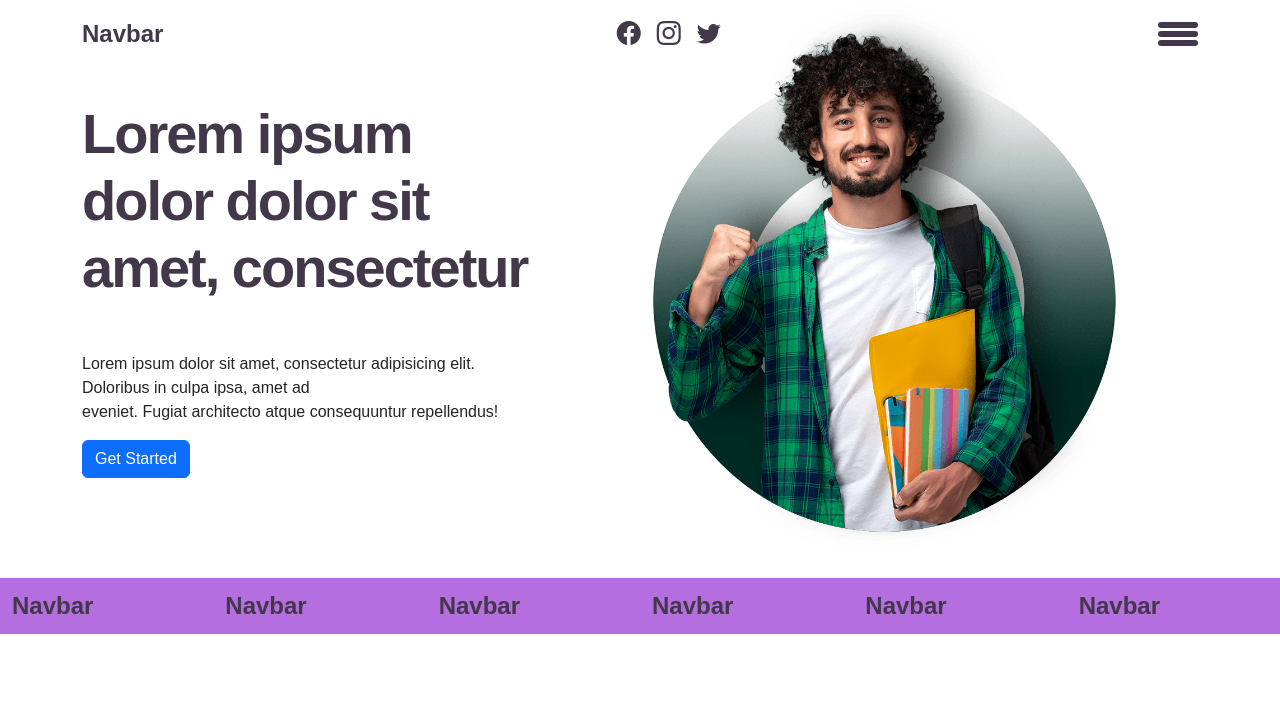
Repository: tagnam/project27012025
Page: index.html
These files come from the project's save history. The page is drawn as it stood at one moment and after the next save; the edit follows.
The browser window is 1280 px wide. The pictures show the whole page.

Above is the page before, as saved 2025-01-27 16:09:00.

### index.html
<!DOCTYPE html>
<html lang="en">
<head>
    <meta charset="UTF-8">
    <meta name="viewport" content="width=device-width, initial-scale=1.0">
    <link href="https://cdn.jsdelivr.net/npm/bootstrap@5.3.3/dist/css/bootstrap.min.css" rel="stylesheet" integrity="sha384-QWTKZyjpPEjISv5WaRU9OFeRpok6YctnYmDr5pNlyT2bRjXh0JMhjY6hW+ALEwIH" crossorigin="anonymous">
    <link rel="stylesheet" href="style/css/index.css">
    <link rel="stylesheet" href="style/css/animation.css">
    <link rel="stylesheet" href="style/css/responsive.css">
    <title>project27012025</title>
</head>
<body>
<header>
    <!-- --------------------------------------------start nav bar ------------------------------->
    <nav class="navbar navbar-expand-lg custom-nav">
        <div class="container">
          <div class="collapse navbar-collapse justify-content-between" id="navbarSupportedContent">
            <a class="navbar-brand" href="#">Navbar</a>
            <ul class="navbar-nav  ">

              <li class="nav-item">
                <a class="nav-link" href="#"><i class="bi bi-facebook"></i></a>
              </li>
              <li class="nav-item">
                <a class="nav-link" href="#"><i class="bi bi-instagram"></i></a>
              </li>
              <li class="nav-item">
                <a class="nav-link" href="#"><i class="bi bi-twitter"></i></a>
              </li>
            </ul>
            <div class="d-flex">
               <div class="menu-container" type="button" data-bs-toggle="offcanvas" data-bs-target="#offcanvasExample" aria-controls="offcanvasExample">
                <span class="span-menu-01 menu-icon"></span>
                <span class="span-menu-02 menu-icon"></span>
                <span class="span-menu-03 menu-icon"></span>
            </div>
            </div>
          </div>
        </div>
      </nav>

      <!-- ------------------------------start offcanvas ---------------------------------------->
      <div class="offcanvas offcanvas-start " tabindex="-1" id="offcanvasExample" aria-labelledby="offcanvasExampleLabel">
        <div class="offcanvas-header">
          <h5 class="offcanvas-title" id="offcanvasExampleLabel">Offcanvas</h5>
          <button type="button" class="btn-close text-reset" data-bs-dismiss="offcanvas" aria-label="Close"></button>
        </div>
        <div class="offcanvas-body">
          <div>
            Some text as placeholder. In real life you can have the elements you have chosen. Like, text, images, lists, etc.
          </div>
          <div class="dropdown mt-3">
            <button class="btn btn-secondary dropdown-toggle" type="button" id="dropdownMenuButton" data-bs-toggle="dropdown">
              Dropdown button
            </button>
            <ul class="dropdown-menu" aria-labelledby="dropdownMenuButton">
              <li><a class="dropdown-item" href="#">Action</a></li>
              <li><a class="dropdown-item" href="#">Another action</a></li>
              <li><a class="dropdown-item" href="#">Something else here</a></li>
            </ul>
          </div>
        </div>
      </div>
       <!-- -----------------------------end offcanvas ------------------------------------------->
      <!------------------------------------------------ end navbar ----------------------------->


</header>
<section class="hero-section">
    <div  class="container" style="height: 100%;">
        <div class="row" >
            <div class="col-lg-6 col-md-6 col-sm-12">
                <div class="banner-content ">
                    <h1>Lorem ipsum dolor  dolor sit amet, consectetur </h1>
                    <p>Lorem ipsum dolor sit amet, consectetur adipisicing elit. Doloribus in culpa ipsa, amet ad<br> eveniet. Fugiat architecto atque consequuntur repellendus!</p>
                    <button class="btn btn-primary">Get Started</button>
                </div>
            </div>
            <div class="col-lg-6 col-md-6 col-sm-12">
                <div class="banner-img d-flex justify-content-end">
                    <img src="image/hero-banner-01.webp" class="w-100" alt="">

            </div>

        </div>
    </div>
    <!-- <div class="row">
        <div class="col-lg-6 col-md-6 col-sm-12 d-flex justify-content-start">
            <div class="banner-btn">
                <a class="btn custom-btn btn-outline-success"> Get Started </a>
            </div>
        </div>
        <div class="col-lg-6 col-md-6 col-sm-12 d-flex justify-content-end">
             <div class="banner-footer-text">
                <p>Lorem ipsum dolor sit amet <br>consectetur adipisicing elit. Numquam, vel.</p>
             </div>

    </div>
 </div> -->
  </section>


<section class="client-section">
    <div class="container-fluid">
       <div class="row">
        <div class="col">
            <a class="navbar-brand w-25" href="#">Navbar</a>
        </div>
        <div class="col">
            <a class="navbar-brand w-25" href="#">Navbar</a>
        </div>
        <div class="col">
            <a class="navbar-brand w-25" href="#">Navbar</a>
        </div>
        <div class="col">
            <a class="navbar-brand w-25" href="#">Navbar</a>
        </div>
        <div class="col">
            <a class="navbar-brand w-25" href="#">Navbar</a>
        </div>
        <div class="col">
            <a class="navbar-brand w-25" href="#">Navbar</a>
        </div>

    </div>
    </div>
</section>
<script src="https://cdn.jsdelivr.net/npm/bootstrap@5.3.3/dist/js/bootstrap.bundle.min.js" integrity="sha384-YvpcrYf0tY3lHB60NNkmXc5s9fDVZLESaAA55NDzOxhy9GkcIdslK1eN7N6jIeHz" crossorigin="anonymous"></script>
<script src="style/js/custom.js"></script>
</body>
</html>

### style/css/index.css
@import url("https://cdn.jsdelivr.net/npm/bootstrap-icons@1.11.3/font/bootstrap-icons.min.css");

*{
 margin: 0;
padding: 0;
box-sizing: border-box;
}

:root{
    --dark-color:#423849;
    --semi-dark-color:#b46ee0;
    --light-color:#d287d4;
    --white-color:#fff;
    --main-heading-font-size: 3.5rem;
    --subheading-font-size: 2rem;
    --paragraph-font-size: 1rem;


}


body{
    font-family: 'Poppins', sans-serif;


}

header{
    position: fixed;
    top: 0;
    z-index: 1000;
width: 100%;
}

.navbar-brand{
    font-size: 1.5rem;
    font-weight: 800;
    color: var(--dark-color);
}

.menu-icon{
    display: block;
    width: 40px;
    height: 6px;
    background-color: var(--dark-color);
    margin: 3px auto;
    border-radius: 20px;
    cursor: pointer;
}


.nav-link .bi{
    font-size: 1.5rem;
    color: var(--dark-color);
}

.banner-content{
    margin: 100px auto;
    padding-right: 100px;
}

.banner-content h1{
    color: var(--dark-color);
    font-weight: 800;
    /* font-size: 55px; */
    font-size: var(--main-heading-font-size);
    letter-spacing: -2px;
    margin: 50px 0px;
}
/* .hero-section{
   background-image: url(/image/business-banner.jpg);
    background-size: cover;
    background-position: center;
    height: 100vh;
} */

.banner-footer-text p{
    color: var(--dark-color);

}


.client-section{
    background-color: var(--semi-dark-color);
    padding: 10px 0px;
    overflow: hidden;
}

Loaded but not shown: style/js/custom.js (no copy from this time; the picture is the same without it); style/css/animation.css (no stored copy; drawn as an empty file); style/css/responsive.css (no stored copy; drawn as an empty file)

After the next save:
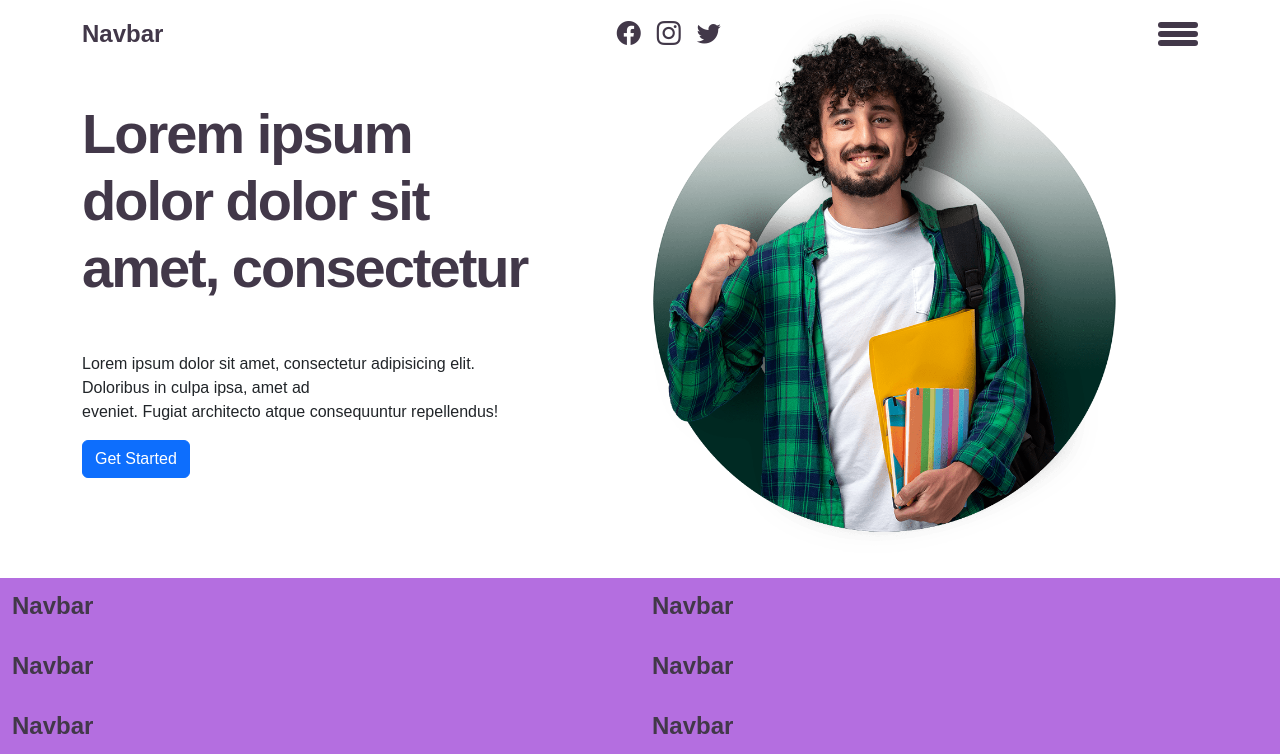
Saved 52 s later.
--- a/index.html
+++ b/index.html
@@ -102,7 +102,7 @@
 
 <section class="client-section">
     <div class="container-fluid">
-       <div class="row">
+       <div class="row  row-cols-1 row-cols-md-2 g-4">
         <div class="col">
             <a class="navbar-brand w-25" href="#">Navbar</a>
         </div>

After the 2 saves that followed:
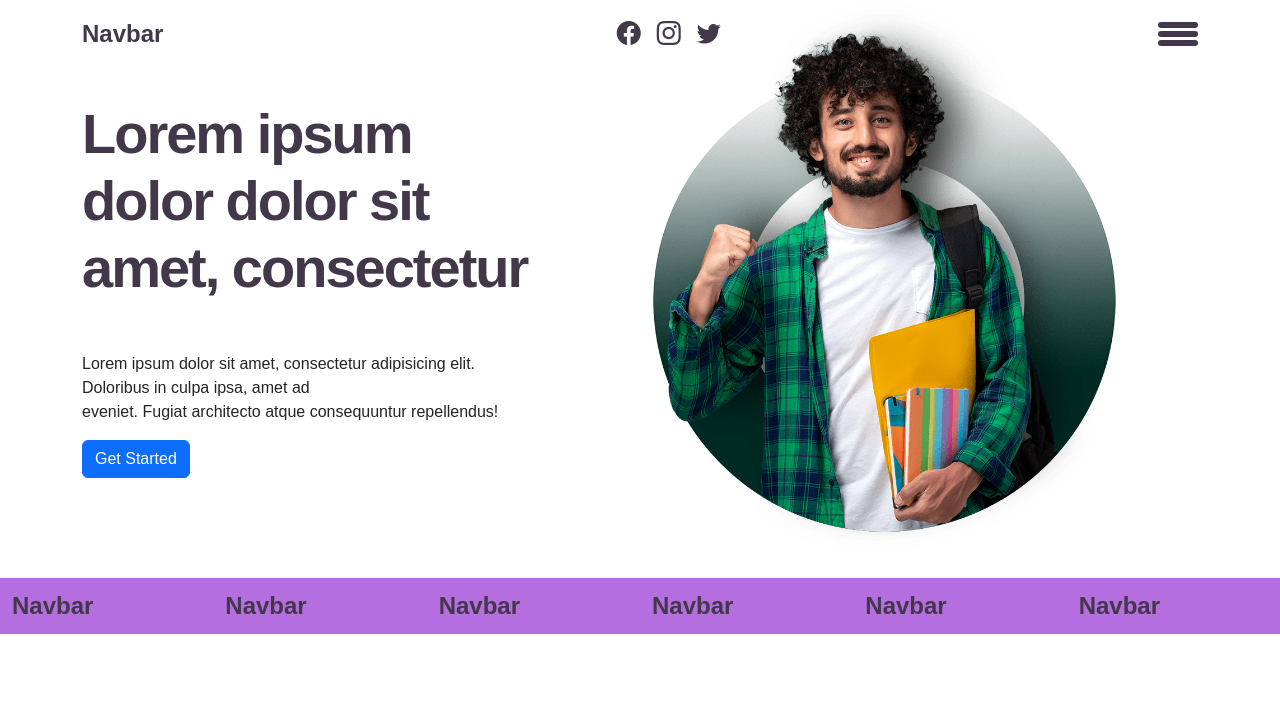
The 2 saves are shown as one change because they came seconds apart.
The last was saved 8 s later.
--- a/index.html
+++ b/index.html
@@ -102,7 +102,7 @@
 
 <section class="client-section">
     <div class="container-fluid">
-       <div class="row  row-cols-1 row-cols-md-2 g-4">
+       <div class="row  row-cols-3 row-cols-md-6 g-4">
         <div class="col">
             <a class="navbar-brand w-25" href="#">Navbar</a>
         </div>
